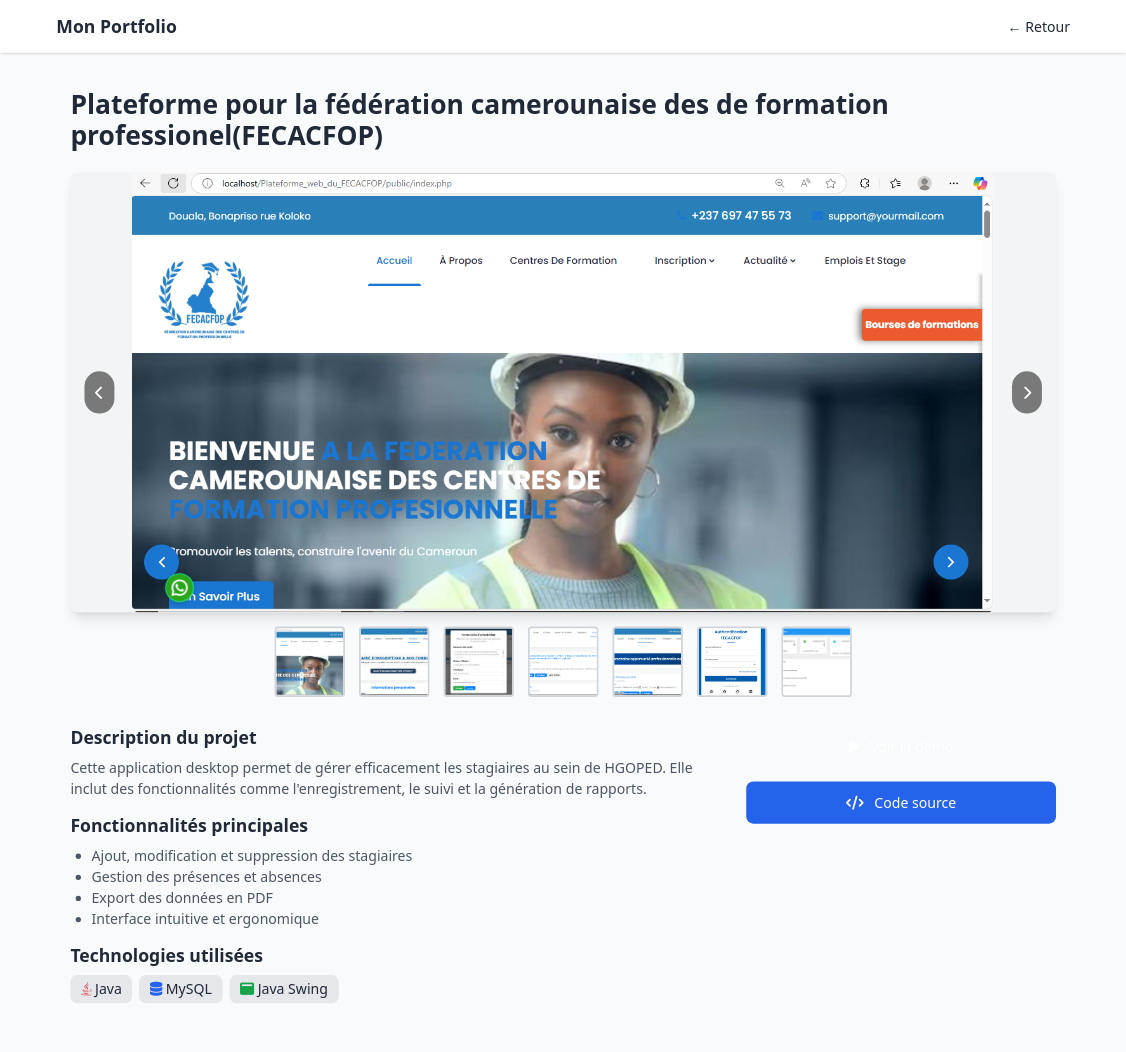
Repository: Edongo999/landry-portfolio
Page: projet-plateforme-web-FECACFOP.html
These files come from the project's save history. The page is drawn as it stood at one moment and after the next save; the edit follows.
The browser window is 1280 px wide. The pictures show the whole page, at 88% of full size.
Some web libraries are served in a nearby version.

Above is the page before, as saved 2025-09-11 06:33:28.

After the next save:
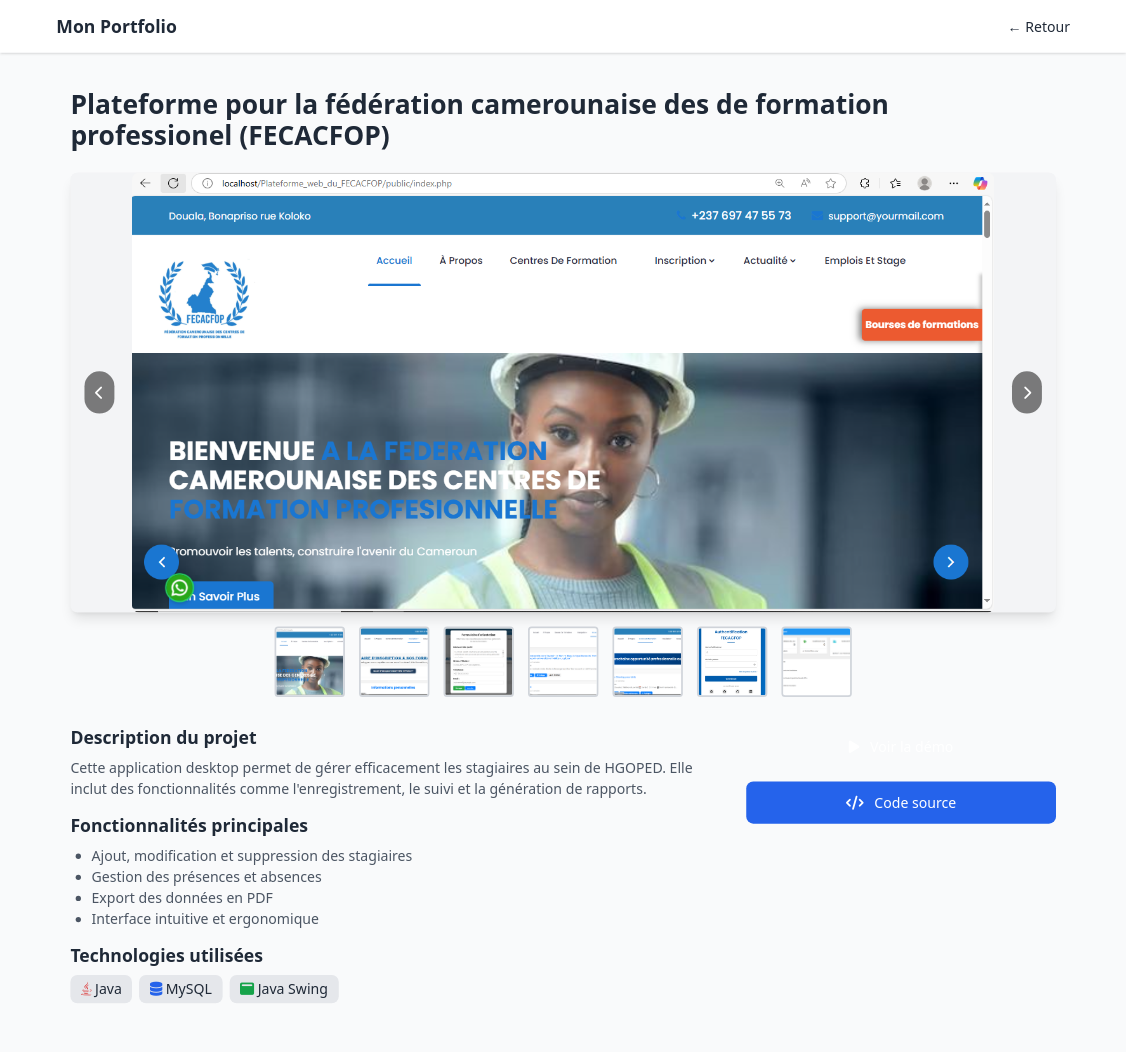
Saved 30 s later.
--- a/projet-plateforme-web-FECACFOP.html
+++ b/projet-plateforme-web-FECACFOP.html
@@ -20,7 +20,7 @@
 
   <!-- Section Détail Projet -->
   <section class="max-w-6xl mx-auto px-4 py-10">
-    <h2 class="text-3xl font-bold mb-6">Plateforme pour la fédération camerounaise des de formation professionel(FECACFOP)</h2>
+    <h2 class="text-3xl font-bold mb-6">Plateforme pour la fédération camerounaise des de formation professionel (FECACFOP) </h2>
 
     <!-- Slider images/vidéos -->
     <div class="relative w-full max-h-[500px] mx-auto overflow-hidden rounded-lg shadow-lg mb-4 flex justify-center items-center bg-gray-100">
